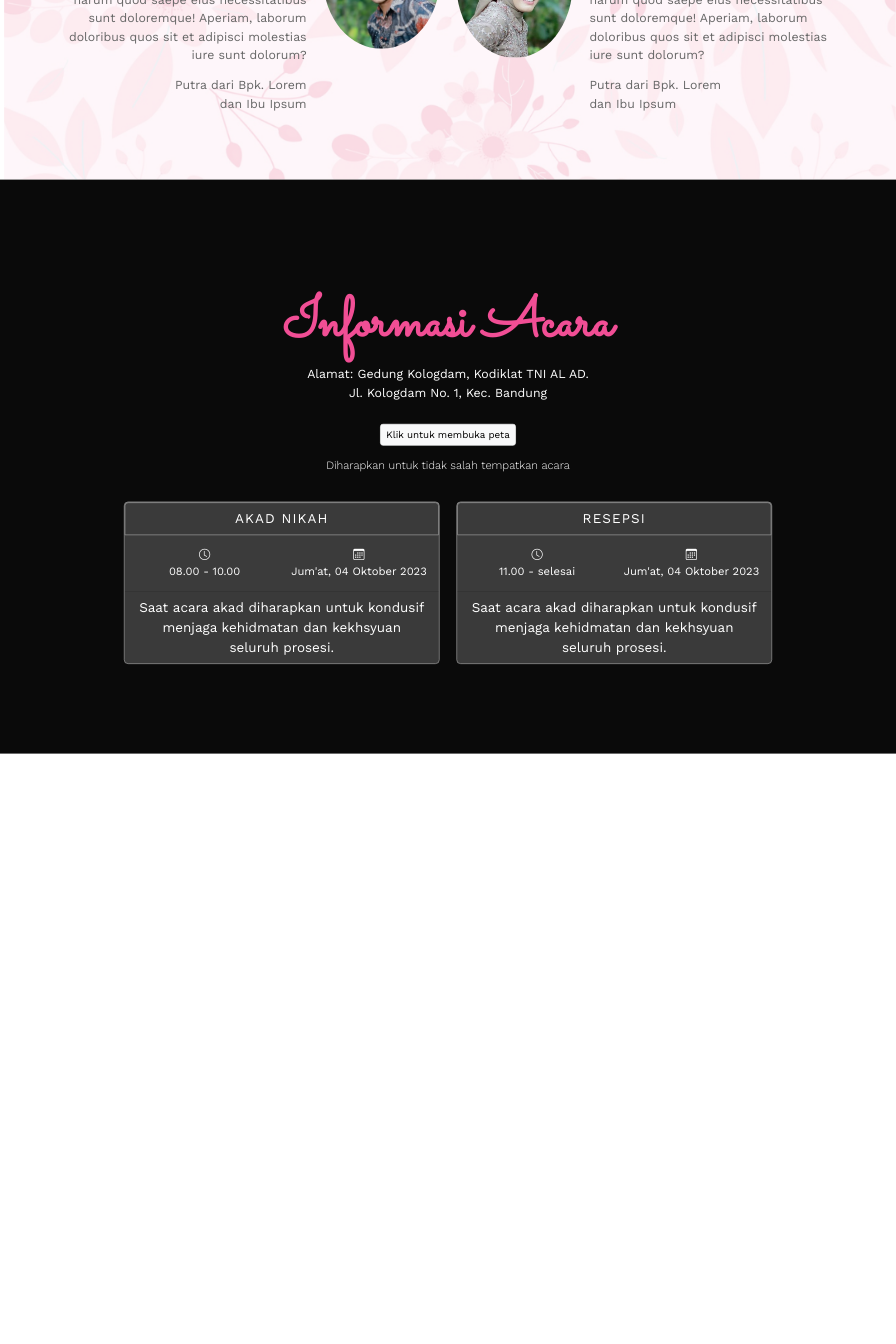
Repository: sellayspy/invitation
Page: index.html
These files come from the project's save history. The page is drawn as it stood at one moment and after the next save; the edit follows.
The browser window is 1280 px wide. The pictures show the part of the page from y = 1441 to 3361 px (the page is 4000 px tall), at 70% of full size.

Above is the page before, as saved 2024-07-08 17:07:59.

After the next save:
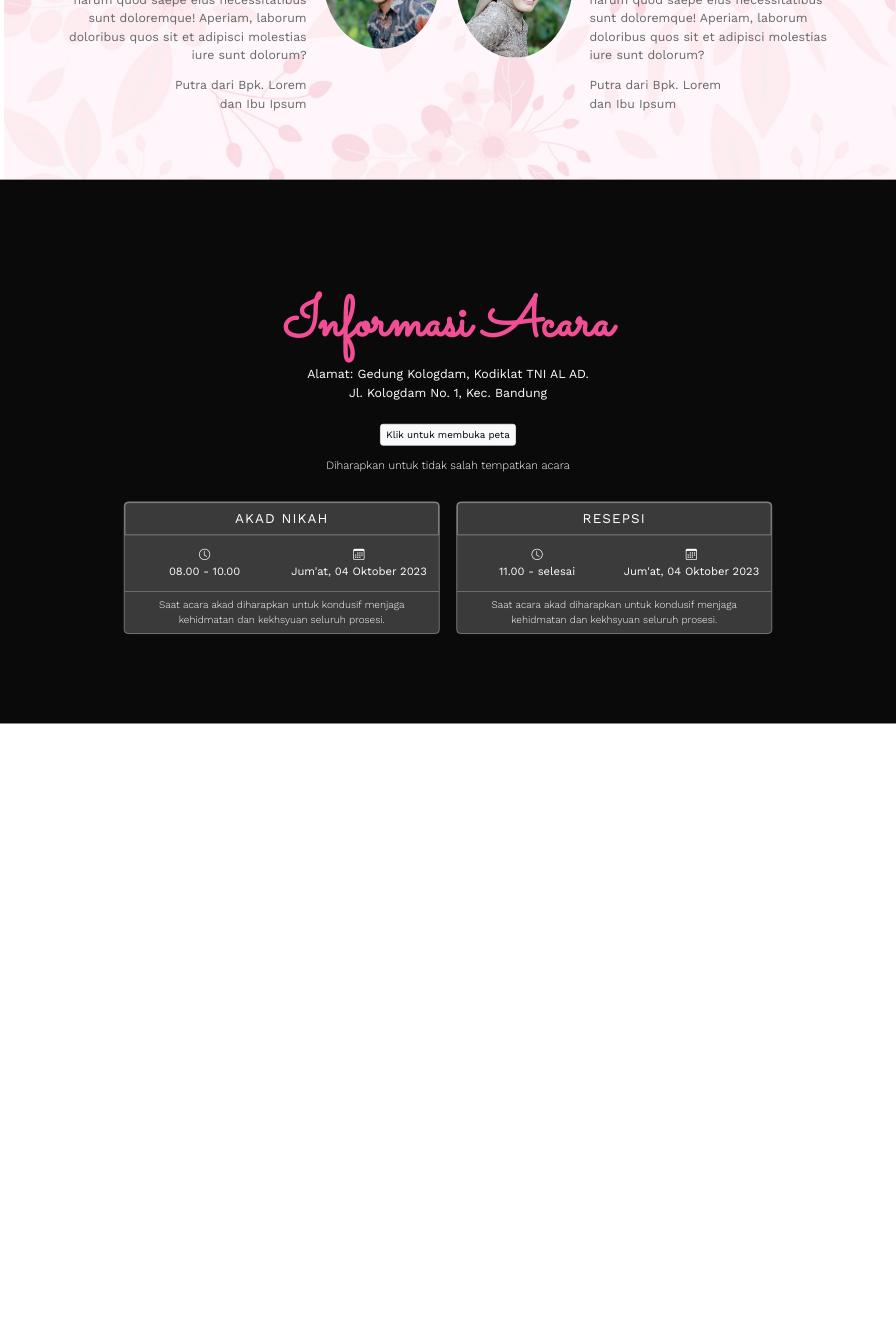
Saved 39 s later.
--- a/style.css
+++ b/style.css
@@ -174,7 +174,10 @@ body {
   font-size: 1rem;
 }
 
-info .card-footer {
+.info .card-footer {
+  border-top: 1px solid #999;
+  font-size: 0.9rem;
+  font-weight: 300;
 }
 
 /* Media Query */
